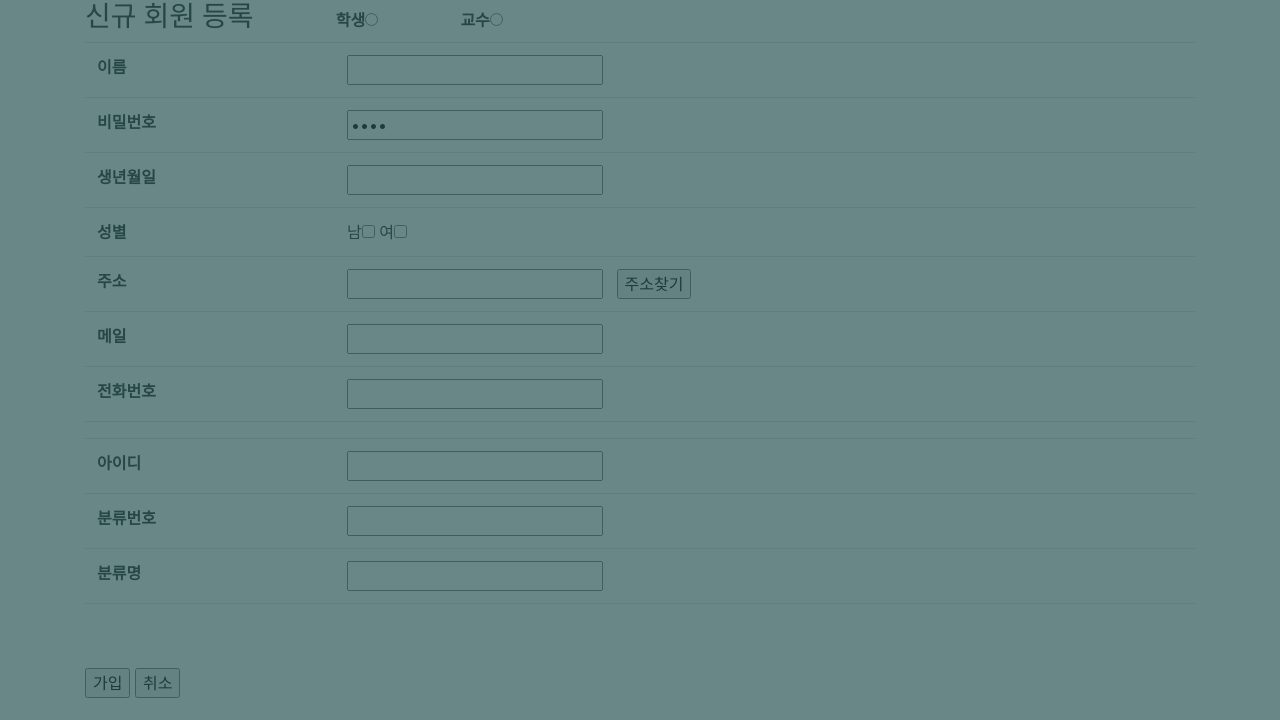
Repository: JavaJin96/kr.or.ddit.HighJava
Page: http://localhost/TeamProjectDCUM/work_kmk/system/InsertMember.jsp
These files come from the project's save history. The page is drawn as it stood at one moment and after the next save; the edit follows.
The browser window is 1280 px wide. The pictures show the whole page.
The page is served by Tomcat 9. Other server files are loaded and not shown.

Above is the page before, as saved 2022-02-15 06:36:20.

### 3.Highjava/workspace/TeamProjectDCUM/WebContent/work_kmk/system/InsertMember.jsp
<%@ page language="java" contentType="text/html; charset=UTF-8"
	pageEncoding="UTF-8"%>
<!DOCTYPE html>
<html>
<head>
<meta charset="UTF-8">
<title>Insert title here</title>
<script src="//t1.daumcdn.net/mapjsapi/bundle/postcode/prod/postcode.v2.js"></script>
<script src="<%=request.getContextPath()%>/js/jquery-3.6.0.min.js"></script>
<!-- Core theme CSS (includes Bootstrap) -->
<link href="css/styles.css" rel="stylesheet" />
<link rel="stylesheet"
	href="https://cdn.jsdelivr.net/npm/bootstrap@4.6.1/dist/css/bootstrap.min.css">
<script
	src="https://cdn.jsdelivr.net/npm/popper.js@1.16.1/dist/umd/popper.min.js"></script>
<script
	src="https://cdn.jsdelivr.net/npm/bootstrap@4.6.1/dist/js/bootstrap.bundle.min.js"></script>
</head>
<script type="text/javascript">
	$(function() {

		$("#add1").on("click", function(){
		    new daum.Postcode({
		        oncomplete: function(data) {
		        	tt = data.jibunAddress
		            alert(tt);
		        }
		    }).open();

		})

		$("#cs").on("click", function() {
			$("#sortnum").val("1").attr("readonly", true);
			$("#sortnm").val("학생").attr("readonly", true);
			$("#student").show();
			$("#id").val("");
			$("#professor").val("").hide();

			$("#dn1").on("change", function(){
				num1 = $("#sd").val().substr(0,4);
				num2 = $(".dn").val();
				$.ajax({
					url : "<%=request.getContextPath()%>/joinSelectS.do",
					data : {
						"num1" : num1,
						"num2" : num2
					},
					method : "post",
					success : function(res){
						$("#id").val(res.res);
					},
					error : function(xhr){
						alert("상태 : " + xhr.status)
					},
					dataType : "json"
				})
			})
		})

		$("#cp").on("click", function(){
			$("#sortnum").val("2").attr("readonly", true);
			$("#sortnm").val("교수").attr("readonly", true);
			$("#professor").show();
			$("#id").val("");
			$("#student").val("").hide();

			$("#dn2").on("change", function(){
				num1 = $("#dn2").val();
				console.log(num1);
				$.ajax({
					url : "<%=request.getContextPath()%>/joinSelectP.do",
					data : {"num1" : num1},
					method : "post",
					success : function(res){
						$("#id").val(res.res);
					},
					error : function(xhr){
						alert("상태 : " + xhr.status)
					},
					dataType : "json"
				})
			})
		})


})
</script>
<style>
h3{
 display: inline-block;
 padding-right: 7%;
}
.type{
padding-right: 7%;
font-weight: bold;
}
.info{
border-top: 1px solid;
border-bottom: 1px solid;
}
th{
width: 250px;
}

</style>
<body>

	<div class="container">
		<form action="<%=request.getContextPath()%>/join.do" method="post" id="join">
		<h3>신규 회원 등록</h3>
		<span class="type">학생<input type="radio" id="cs" name="cc"></span>
		<span class="type">교수<input type="radio" id="cp" name="cc"></span>
			<table class="table">
				<tr>
					<th class="thead-dark">이름</th>
					<td><input type="text" id="name" name="name"></td>
				</tr>

				<tr>
					<th class="thead-dark">비밀번호</th>
					<td><input type="password" id="password" name="password"
						value="1234"></td>
				</tr>
				<tr>
					<th class="thead-dark">생년월일</th>
					<td><input type="text" id="bir" name="bir"></td>
				</tr>
				<tr>
					<th class="thead-dark">성별
					</th>
					<td>
						남<input type="checkbox" id="male" name="male" value="남">
						여<input type="checkbox" id="female" name="male" value="여">
					</td>
				</tr>
				<tr>
					<th class="thead-dark">주소</th>
					<td><input type="text" id="add" name="add">&nbsp;&nbsp;&nbsp;<input type="button" id="add1" name="add" value="주소찾기"></td>
				</tr>
				<tr>
					<th class="thead-dark">메일</th>
					<td><input type="text" id="mail" name="mail"></td>
				</tr>
				<tr>
					<th class="thead-dark">전화번호</th>
					<td><input type="text" id="hp" name="hp"></td>
				</tr>
			</table>


			<div id="student" class="info" style="display: none">
				<table class="table">
					<tr>
						<th>입학일</th>
						<td><input type='date' id='sd' name='sd'></td>
					</tr>
					<tr>
						<th>학과번호</th>
						<td>
							<select class='dn' name='dn' id='dn1'>
								<option value="10">컴퓨터공학과</option>
								<option value="20">전자제어과</option>
								<option value="30">산업디자인학과</option>
								<option value="40">건축학과</option>
								<option value="50">경제학과</option>
								<option value="60">일본어과</option>
								<option value="70">영문학과</option>
								<option value="80">중국어과</option>
								<option value="90">IT 비즈니스과</option>
							</select></td>
					</tr>
				</table>
			</div>


			<div id="professor" class="info" style="display: none">
				<table class="table">
					<tr>
						<th>연구실 방번호</th>
						<td><input type='text' id='prn' name='prn'></td>
					</tr>
					<tr>
						<th>연구실 전화번호</th>
						<td><input type='text' id='prh' name='prh'></td>
					</tr>
					<tr>
						<th>학과번호</th>
						<td>
							<select class='dn' name='dn' id='dn2'>
								<option value="10">컴퓨터공학과</option>
								<option value="20">전자제어과</option>
								<option value="30">산업디자인학과</option>
								<option value="40">건축학과</option>
								<option value="50">경제학과</option>
								<option value="60">일본어과</option>
								<option value="70">영문학과</option>
								<option value="80">중국어과</option>
								<option value="90">IT 비즈니스과</option>
							</select>
						</td>
					</tr>
				</table>
			</div>

			<div id="trd2" >
				<table class="table">
					<tr>
						<th>아이디</th>
						<td><input type="text" id="id" name="id" readonly="readonly">
						</td>
					</tr>

					<tr>
						<th>분류번호</th>
						<td><input type="text" id="sortnum" name="sortnum"></td>
					</tr>

					<tr>
						<th>분류명</th>
						<td><input type="text" id="sortnm" name="sortnm"></td>
					</tr>
				</table>
			</div>
			<br><br>
			<input type="submit" value="가입"> <input type="reset"
				value="취소">
		</form>
	</div>
</body>
</html>

Loaded but not shown: 3.Highjava/workspace/TeamProjectDCUM/WebContent/js/jquery-3.6.0.min.js (library); 3.Highjava/workspace/TeamProjectDCUM/WebContent/main/css/styles.css (library)

After the next save:
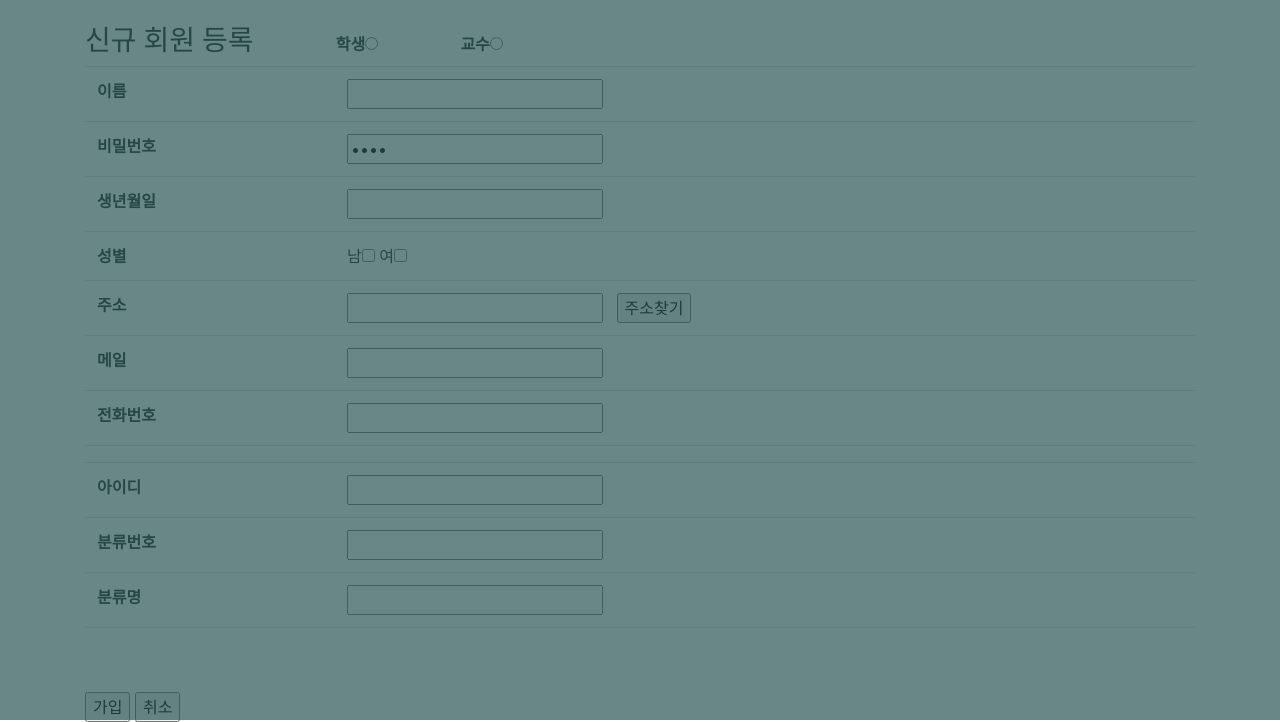
Saved 28 s later.
--- a/3.Highjava/workspace/TeamProjectDCUM/WebContent/work_kmk/system/InsertMember.jsp
+++ b/3.Highjava/workspace/TeamProjectDCUM/WebContent/work_kmk/system/InsertMember.jsp
@@ -23,7 +23,7 @@
 		    new daum.Postcode({
 		        oncomplete: function(data) {
 		        	tt = data.jibunAddress
-		            alert(tt);
+		            $("#add").val(tt);
 		        }
 		    }).open();
 
@@ -63,10 +63,9 @@
 			$("#professor").show();
 			$("#id").val("");
 			$("#student").val("").hide();
-
 			$("#dn2").on("change", function(){
 				num1 = $("#dn2").val();
-				console.log(num1);
+				console.log(num1)
 				$.ajax({
 					url : "<%=request.getContextPath()%>/joinSelectP.do",
 					data : {"num1" : num1},
@@ -104,7 +103,7 @@ width: 250px;
 
 </style>
 <body>
-
+<br>
 	<div class="container">
 		<form action="<%=request.getContextPath()%>/join.do" method="post" id="join">
 		<h3>신규 회원 등록</h3>
@@ -186,8 +185,8 @@ width: 250px;
 					<tr>
 						<th>학과번호</th>
 						<td>
-							<select class='dn' name='dn' id='dn2'>
-								<option value="10">컴퓨터공학과</option>
+							<select class='dn' name='dn2' id='dn2'>
+								<option value="10" selected>컴퓨터공학과</option>
 								<option value="20">전자제어과</option>
 								<option value="30">산업디자인학과</option>
 								<option value="40">건축학과</option>
